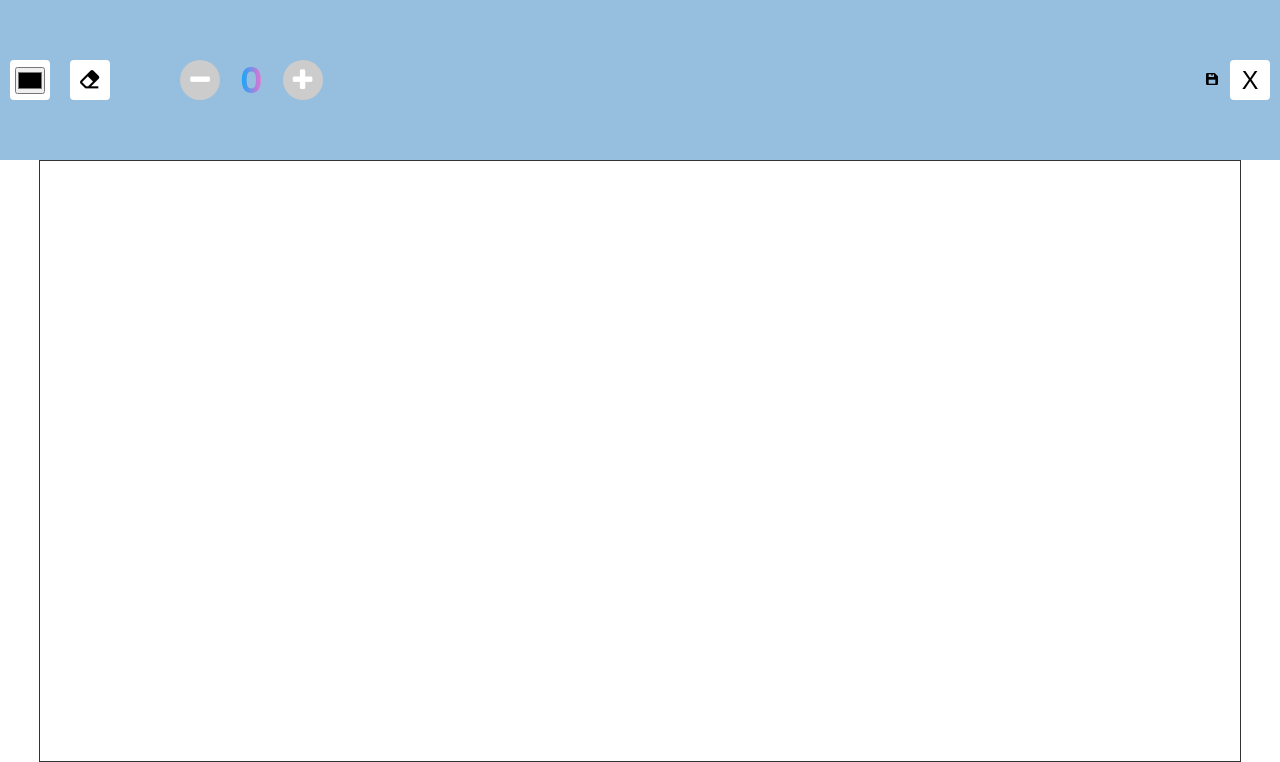
Repository: reminzuetto/DrawingApp
Page: index.html
The author's editor kept a copy of each file at every save. The page is drawn from the files as they stood at one save, then again after the next save.
The browser window is 1280 px wide. The pictures show the whole page.

Above is the page before, as saved 2024-06-10 20:31:21.
Console error: TypeError: Cannot read properties of null (reading 'addEventListener')
Not found: app.css

After the next save:
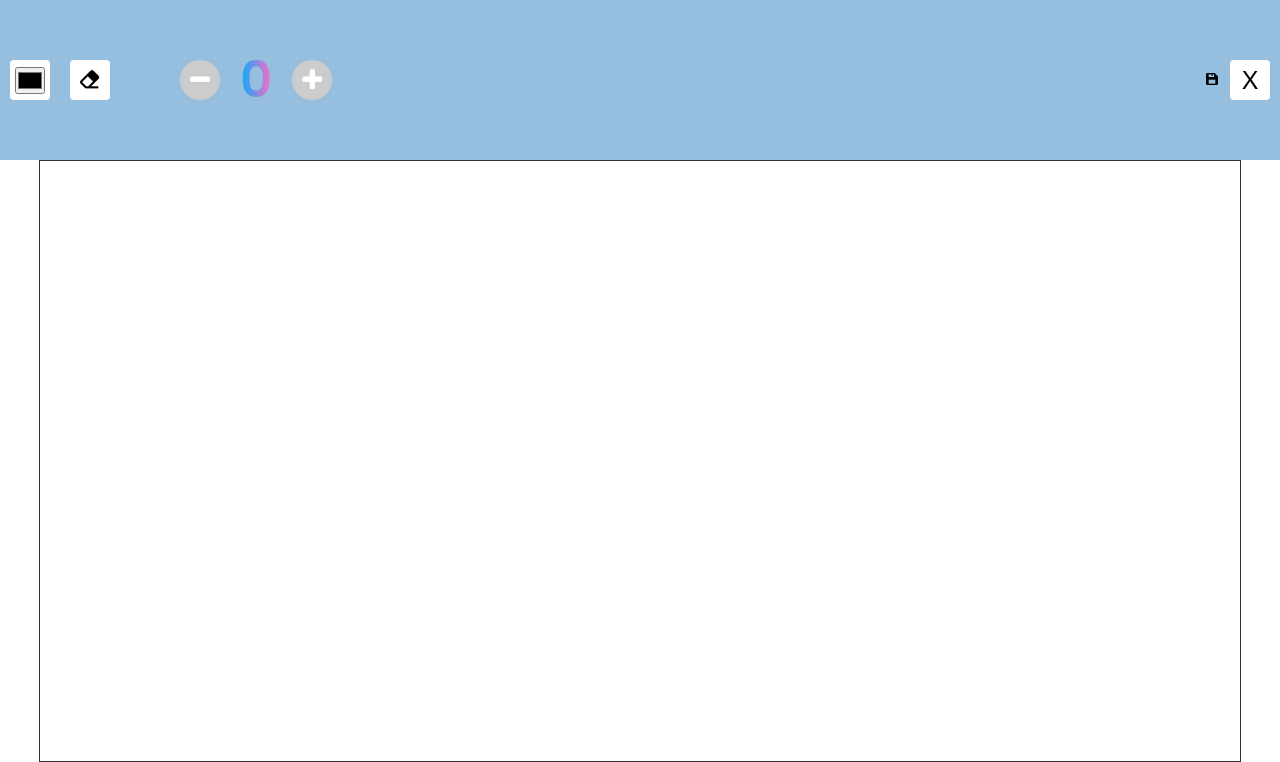
Saved 4 s later.
--- a/style.css
+++ b/style.css
@@ -104,7 +104,7 @@ body {
   margin: 50px;
 }
 .counter-number {
-  font-size: 35px;
+  font-size: 50px;
   margin: 0 10px;
   color: transparent;
   background-image: linear-gradient(to right, #00aefd, #ff6bcb);
